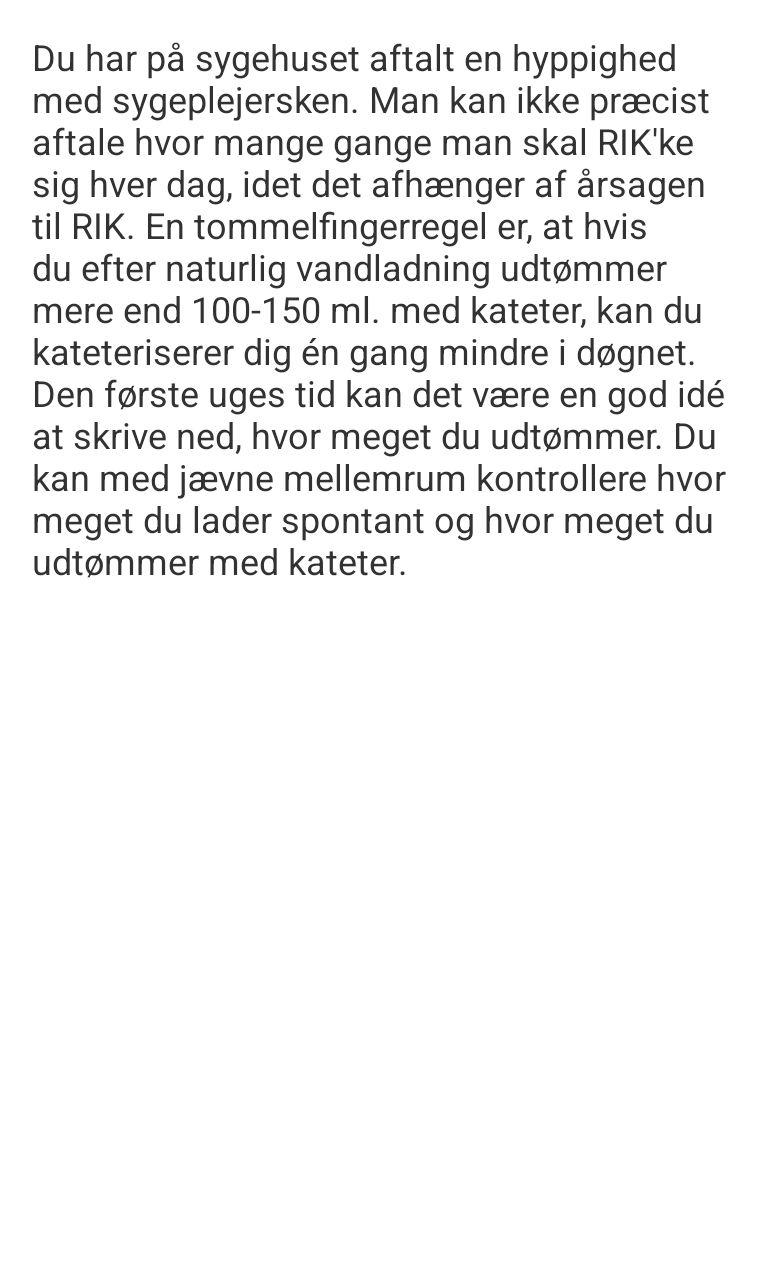
Repository: KingApollo/RIKapp2
Layout: RIKapp/res/layout/activity_how_often.xml
These files come from the project's save history. The layout is drawn as it stood at one moment and after a run of saves; the edit follows.
It is drawn on a 768 x 1280 px phone screen (xhdpi) without system bars, with theme android:Theme.Light.NoTitleBar; the app's code is not run.

Above is the layout before, as saved 2014-10-10 12:22:10.

After the next 2 saves:
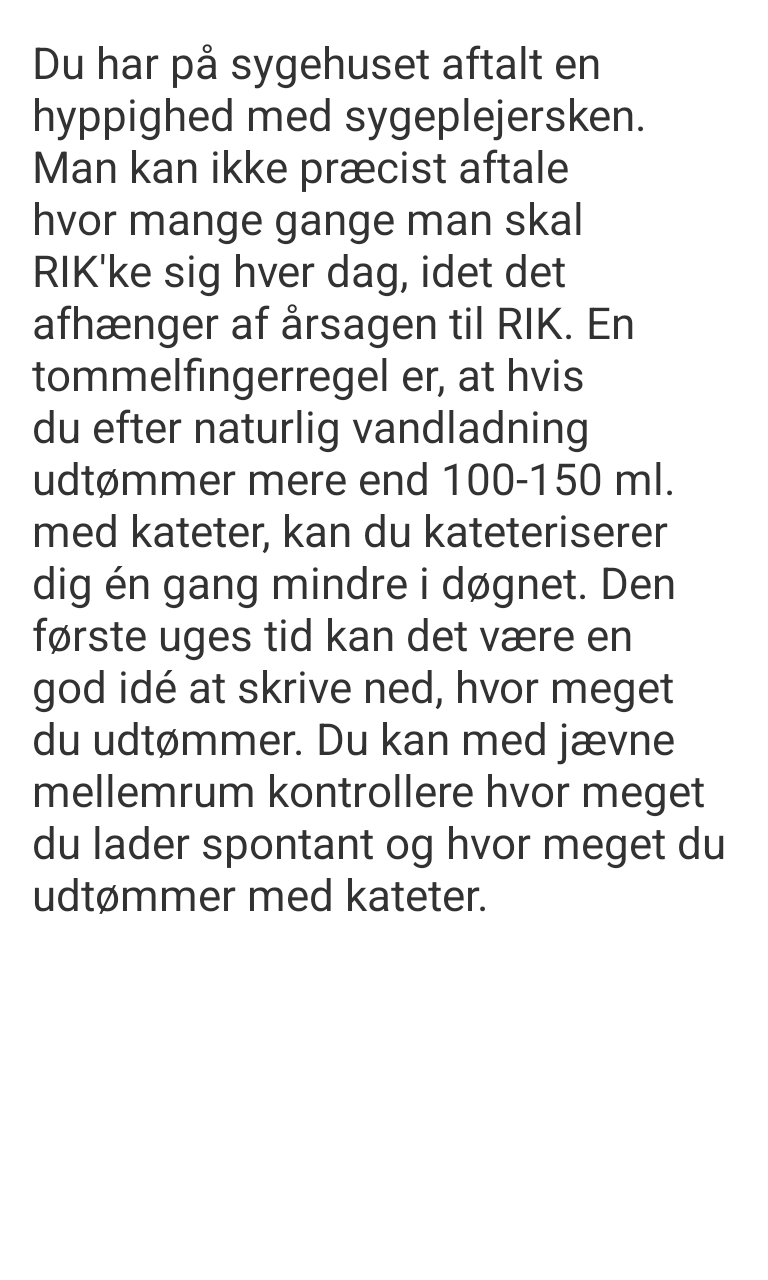
The 2 saves are shown as one change because they came seconds apart.
The last was saved 100 s later.
--- a/RIKapp/res/layout/activity_how_often.xml
+++ b/RIKapp/res/layout/activity_how_often.xml
@@ -9,10 +9,10 @@
     tools:context="dk.ucn.datamatiker.rikapp.HowOften" >
 
  <TextView
-    android:id="@+id/tvHowOftenAnswer"
+    android:id="@+id/tvHowOftenQuestion"
     android:layout_width="wrap_content"
     android:layout_height="wrap_content"
     android:text="@string/howOftenAnswer"
-    android:textSize="18sp" />
+    android:textSize="22sp" />
 
 </RelativeLayout>
